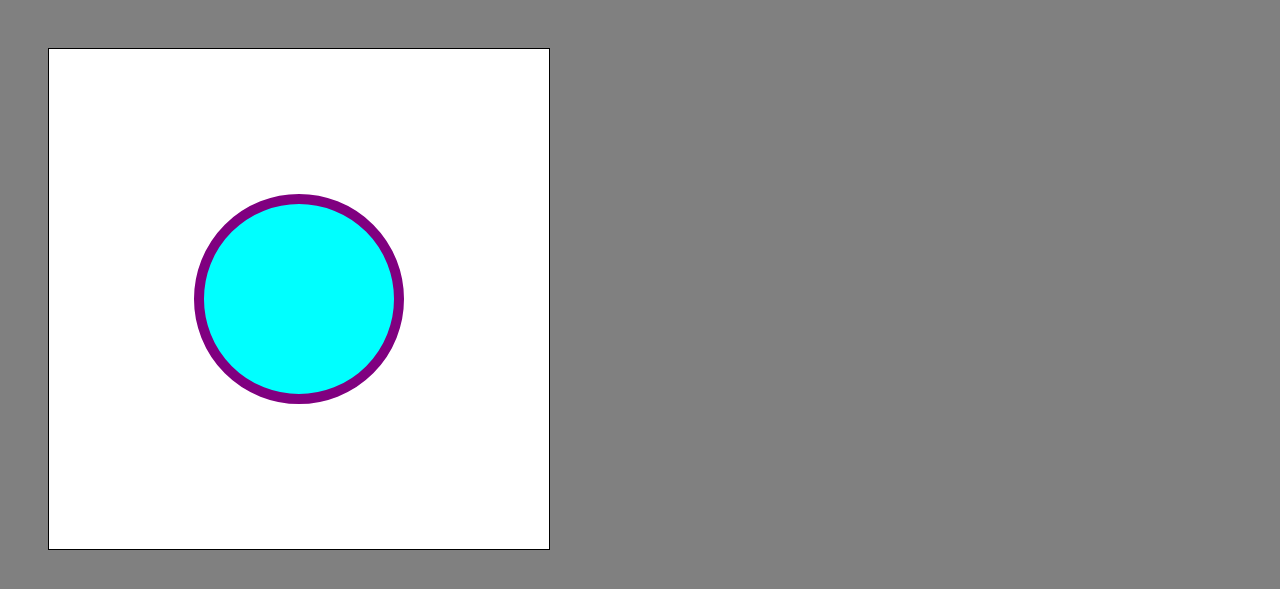
Repository: albinsabu2023/Stopwatch-program
Page: index.html
The author's editor kept a copy of each file at every save. The page is drawn from the files as they stood at one save, then again after the next save.
The browser window is 1280 px wide. The pictures show the whole page.

Above is the page before, as saved 2023-03-03 22:20:50.

After the next save:
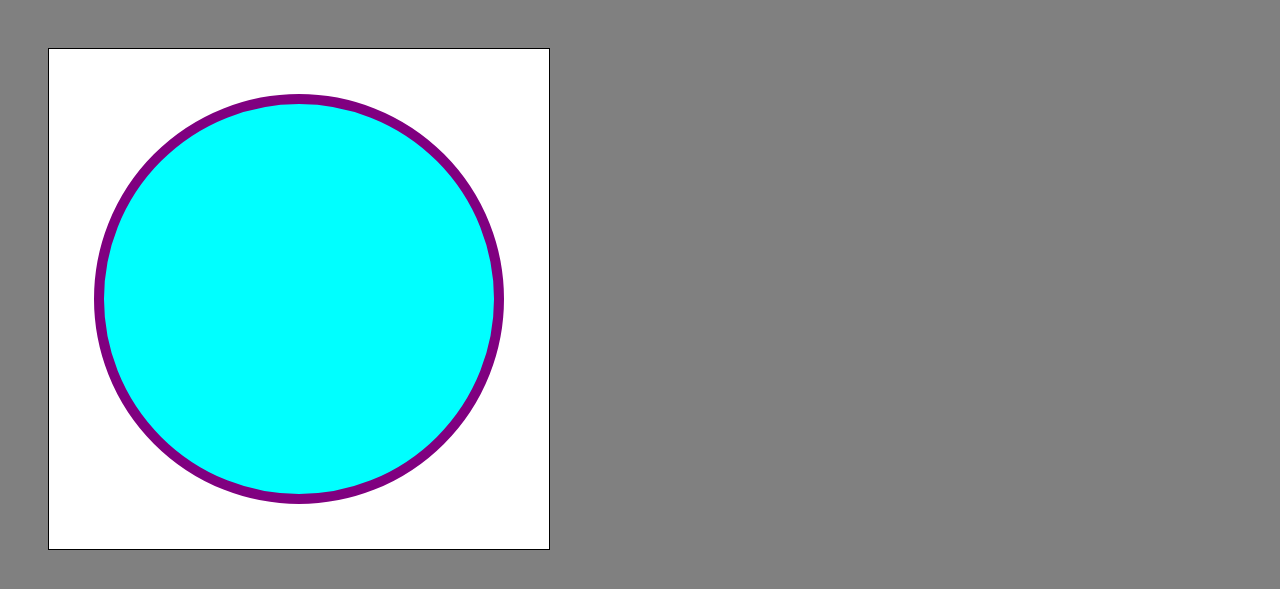
Saved 5 s later.
--- a/index.js
+++ b/index.js
@@ -42,7 +42,7 @@ let can = document.getElementById("canvas");
 
 let context = can.getContext("2d");
 
-context.arc(250, 250, 100, 0, 2 * Math.PI);
+context.arc(250, 250, 200, 0, 2 * Math.PI);
 
 context.lineWidth = 10;
 context.strokeStyle = "purple";
